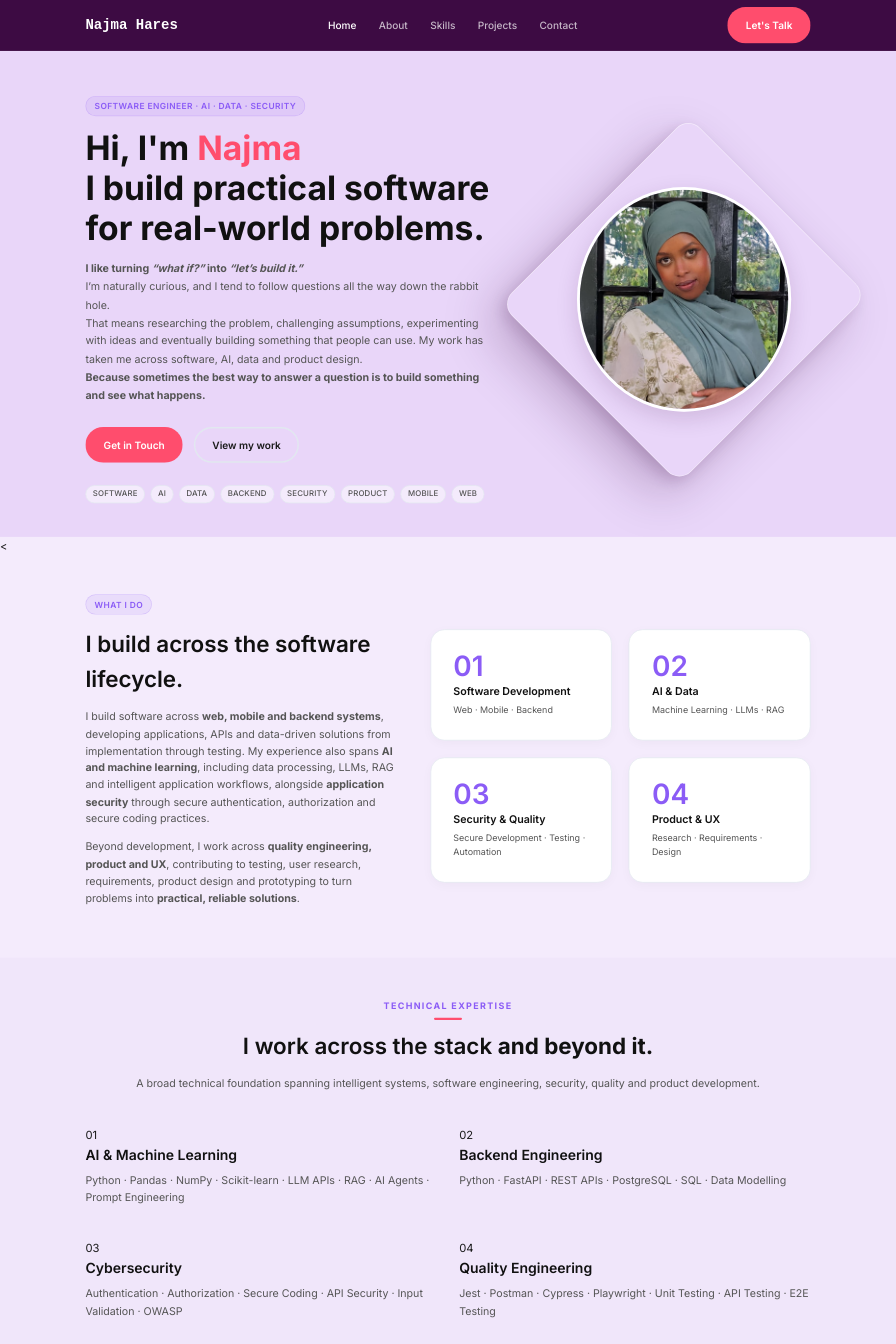
Repository: najmahares/portfolio
Page: index.html
These files come from the project's save history. The page is drawn as it stood at one moment and after the next save; the edit follows.
The browser window is 1280 px wide. The pictures show the part of the page from y = 0 to 1920 px (the page is 3756 px tall before and 3761 px after), at 70% of full size.

Above is the page before, as saved 2026-09-19 08:41:38.

After the next save:
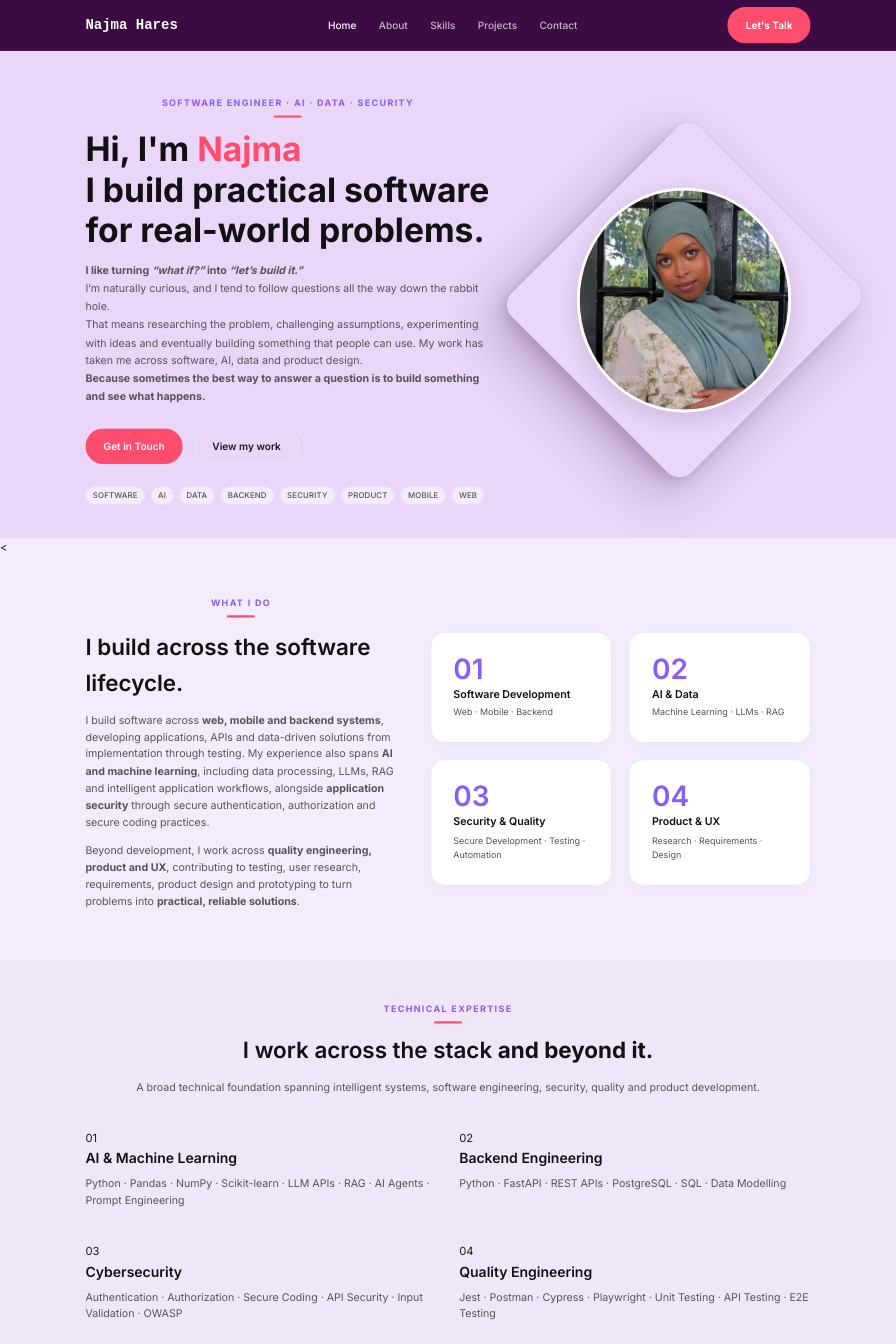
Saved 2 min 16 s later.
--- a/css/style.css
+++ b/css/style.css
@@ -581,3 +581,27 @@ p {
     transform 0.3s ease,
     box-shadow 0.3s ease;
 }
+
+.badge {
+  display: block;
+  text-align: center;
+  background-color: transparent;
+  border: none;
+  padding: 0;
+  font-size: 0.8rem;
+  font-weight: 700;
+  color: var(--accent-purple);
+  text-transform: uppercase;
+  letter-spacing: 0.15em;
+  margin-bottom: 1rem;
+}
+
+.badge::after {
+  content: "";
+  display: block;
+  width: 40px;
+  height: 3px;
+  background-color: var(--accent);
+  margin: 8px auto 0;
+  border-radius: 2px;
+}
